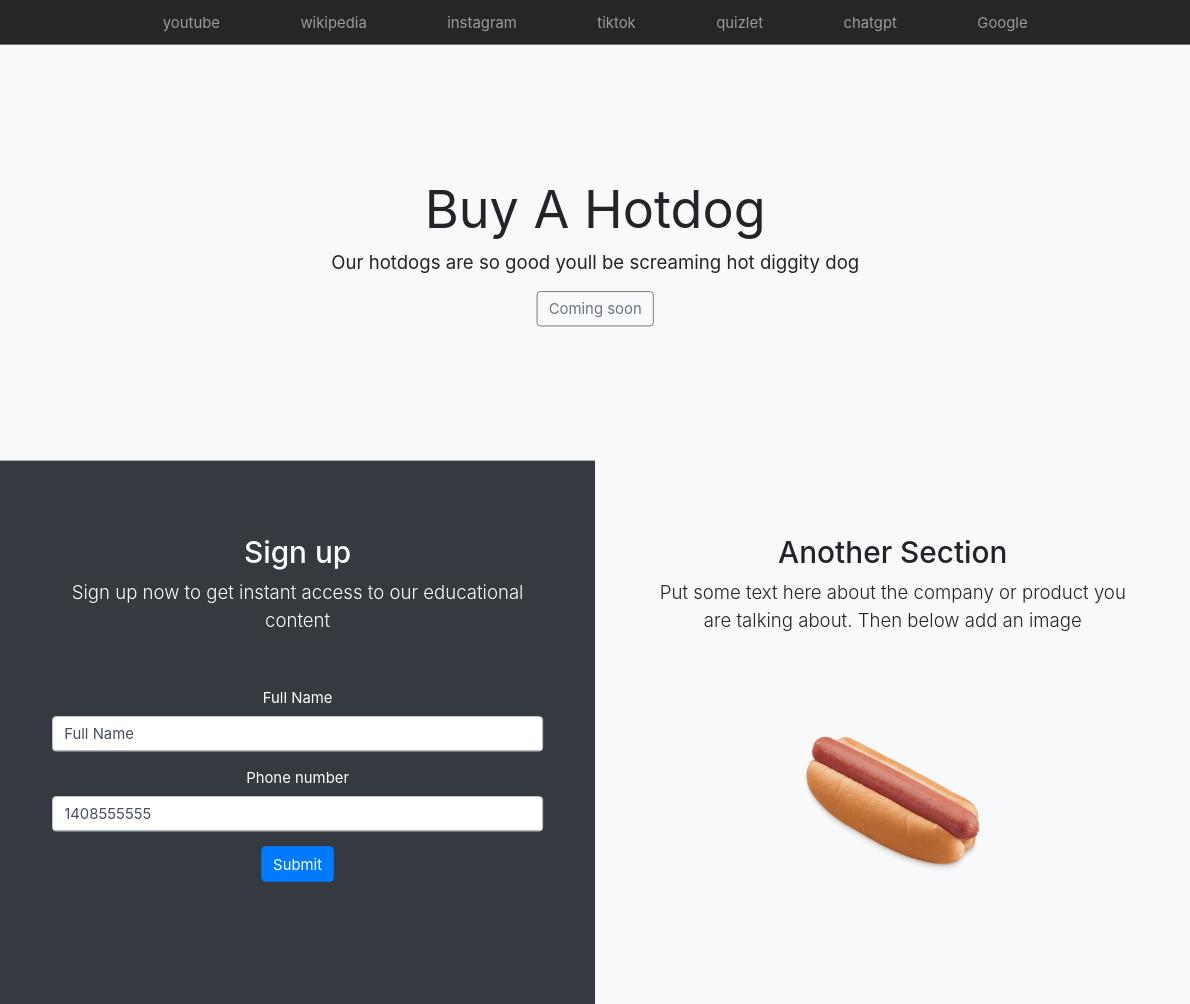
Repository: jkim1367/jacobkim-website
Page: LearnCS8-Twilio/index.html
The author's editor kept a record of every edit. The page is drawn from the files as they stood at one moment, then again after the next edit.
The browser window is 1280 px wide. The pictures show the whole page, at 93% of full size.

Above is the page before.

### LearnCS8-Twilio/index.html
<!doctype html>
<html lang="en">
  <head>
    <!-- Required meta tags -->
    <meta charset="utf-8">
    <meta name="viewport" content="width=device-width, initial-scale=1, shrink-to-fit=no">
    <meta name="description" content="The finest dogs">
    <meta name="author" content="862385428">

    <!-- Bootstrap CSS -->
    <link rel="stylesheet" href="https://stackpath.bootstrapcdn.com/bootstrap/4.5.2/css/bootstrap.min.css" integrity="sha384-JcKb8q3iqJ61gNV9KGb8thSsNjpSL0n8PARn9HuZOnIxN0hoP+VmmDGMN5t9UJ0Z" crossorigin="anonymous">

    <!-- Title of your Website -->
    <title>Jacob Dogs</title>
    <link href="product.css" rel="stylesheet">
  </head>
  <body>
<nav class="site-header sticky-top py-1">
    <!-- Top Menu Bar -->
    <div class="container d-flex flex-column flex-md-row justify-content-between">
        <a class="py-2 d-none d-md-inline-block" id="menu-item-1" href="https://www.youtube.com/" target="_blank">youtube</a>
        <a class="py-2 d-none d-md-inline-block" id="menu-item-2" href="https://www.wikipedia.org/" target="_blank">wikipedia</a>
        <a class="py-2 d-none d-md-inline-block" id="menu-item-3" href="https://www.instagram.com/" target="_blank">instagram</a>
        <a class="py-2 d-none d-md-inline-block" id="menu-item-4" href="https://www.tiktok.com/en/" target="_blank">tiktok</a>
        <a class="py-2 d-none d-md-inline-block" id="menu-item-5" href="https://quizlet.com/latest" target="_blank">quizlet</a>
        <a class="py-2 d-none d-md-inline-block" id="menu-item-6" href="https://openai.com/blog/chatgpt" "_blank">chatgpt</a>
        <a class="py-2 d-none d-md-inline-block" id="menu-item-7" href="https://google.com" target="_blank">Google</a>
    </div>
</nav>
<!-- Main Header Section h1-->
<div class="position-relative overflow-hidden p-3 p-md-5 m-md-0 text-center bg-light">
    <div class="col-md-8 p-lg-5 mx-auto my-5">
        <h1 class="display-4 font-weight-normal">Buy A Hotdog</h1>
        <p class="lead font-weight-normal">Our hotdogs are so good youll be screaming hot diggity dog</p>
        <a class="btn btn-outline-secondary" href="https://www.youtube.com/watch?v=J0TWTnYZBdM&t=3s">Coming soon</a>
    </div>
</div>
<!-- Left Tile -->
<div class="d-md-flex flex-md-equal w-100">
    <div class="bg-dark pt-3 px-3 pt-md-5 px-md-5 text-center text-white overflow-hidden">
        <div class="my-3 py-3">
            <h2 class="display-5">Sign up</h2>
            <p class="lead">Sign up now to get instant access to our educational content</p>
        </div>
        <!-- Web form when submitted will send a text message -->
        <form class="p-2" onsubmit="sendTextMessage(); return false;">
            <!-- Full Name Form Field -->
            <div class="form-group">
                <label for="example-first-name">Full Name</label>
                <input type="text" value="Full Name" class="form-control" id="example-first-name" aria-describedby="emailHelp">
            </div>
            <!-- Phone Number Form Field -->
            <div class="form-group">
                <label for="example-tel-input">Phone number</label>
                <input type="tel" class="form-control" value="1408555555" id="example-tel-input">
            </div>
            <!-- JavaScript that handles onSubmit logic -->
            <!-- Configure the XHR request below with your own credentials -->
            <script>
            function sendTextMessage() {
                console.log("Hello world!");
                var xhr = new XMLHttpRequest();
                var accountSID = "AC016f8cf40dc5fe60b744852848ab1283";
                var authToken = "b3a0b7572a8a7d6d9b50263e5760ac9c";
                var base64encoded = accountSID + ":" + authToken;
                var params = "To=" + document.getElementById('example-tel-input').value + "&From=" + "+18558173806" + "&Body=" + "Hello " + document.getElementById('example-first-name').value + " nice glizzy."
                xhr.open("POST", "https://api.twilio.com/2010-04-01/Accounts/" + accountSID + "/Messages.json", true);
                xhr.setRequestHeader('Content-Type', 'application/x-www-form-urlencoded');
                xhr.setRequestHeader('Authorization', 'Basic ' + btoa(base64encoded));
                xhr.send(params);
            }
            </script>
            <!-- Submit button that will execute the sendTextMessage function -->
            <button type="submit" class="btn btn-primary">Submit</button>
        </form>
    </div>
    <!-- Right Tile -->
    <div class="bg-light pt-3 px-3 pt-md-5 px-md-5 text-center overflow-hidden">
        <div class="my-3 p-3">
            <h2 class="display-5">Another Section</h2>
            <p class="lead">Put some text here about the company or product you are talking about. Then below add an image</p>
            <img class="mx-auto" src="classic-hot-dog.png" height="250px">
        </div>
        <div class="mx-auto" style="width: 80%; height: 100px; border-radius: 21px 21px 0 0;"></div>
    </div>
</div>
  </body>
</html>

### LearnCS8-Twilio/product.css
.container {
  max-width: 960px;
}

/*
 * Custom translucent site header
 */

.site-header {
  background-color: rgba(0, 0, 0, .85);
  -webkit-backdrop-filter: saturate(180%) blur(20px);
  backdrop-filter: saturate(180%) blur(20px);
}
.site-header a {
  color: #999;
  transition: ease-in-out color .15s;
}
.site-header a:hover {
  color: #fff;
  text-decoration: none;
}

/*
 * Dummy devices (replace them with your own or something else entirely!)
 */

.product-device {
  position: absolute;
  right: 10%;
  bottom: -30%;
  width: 300px;
  height: 540px;
  background-color: #333;
  border-radius: 21px;
  -webkit-transform: rotate(30deg);
  transform: rotate(30deg);
}

.product-device::before {
  position: absolute;
  top: 10%;
  right: 10px;
  bottom: 10%;
  left: 10px;
  content: "";
  background-color: rgba(255, 255, 255, .1);
  border-radius: 5px;
}

.product-device-2 {
  top: -25%;
  right: auto;
  bottom: 0;
  left: 5%;
  background-color: #e5e5e5;
}


/*
 * Extra utilities
 */

.flex-equal > * {
  -ms-flex: 1;
  flex: 1;
}
@media (min-width: 768px) {
  .flex-md-equal > * {
    -ms-flex: 1;
    flex: 1;
  }
}

.overflow-hidden { overflow: hidden; }

After the next edit:
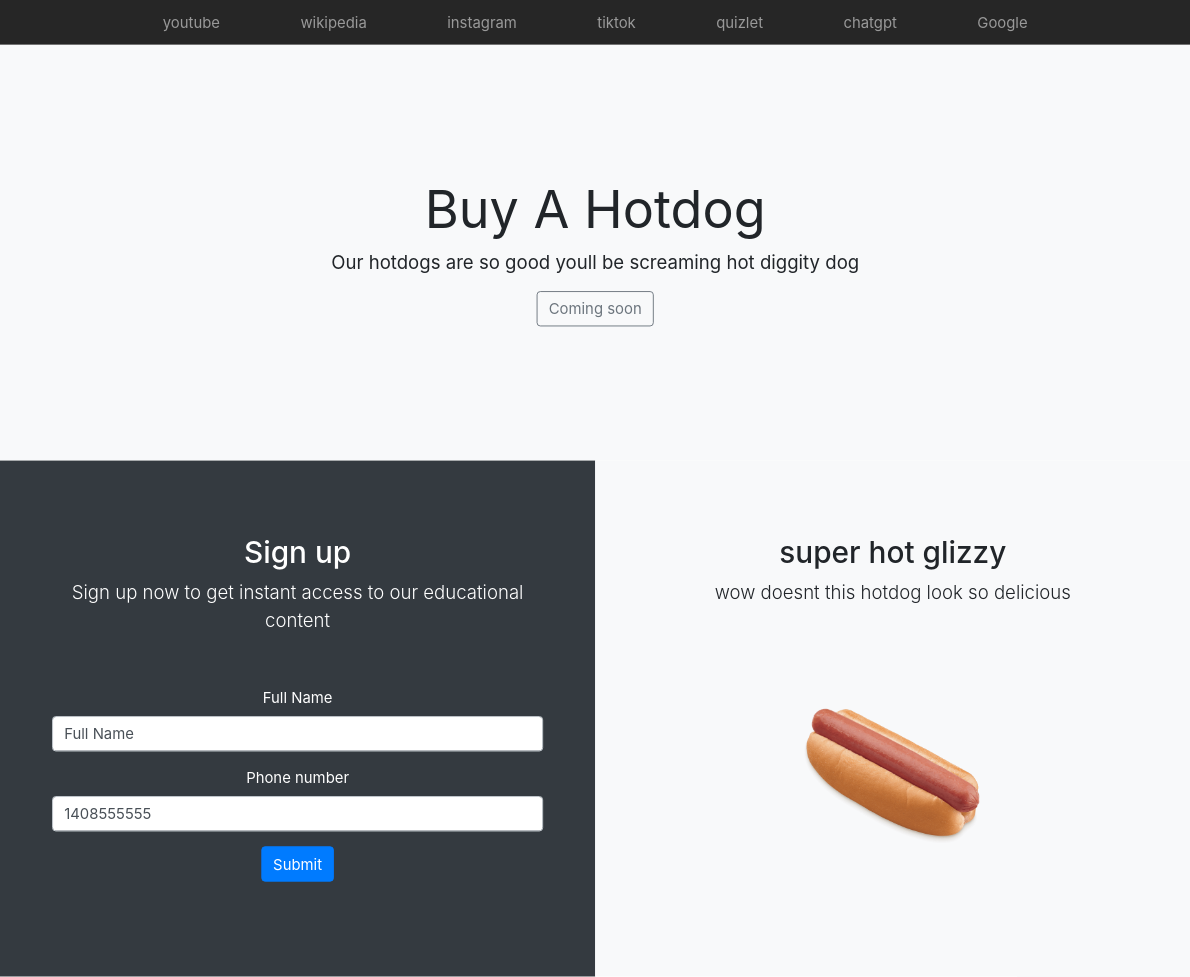
The edit:
--- a/LearnCS8-Twilio/index.html
+++ b/LearnCS8-Twilio/index.html
@@ -77,8 +77,8 @@
     <!-- Right Tile -->
     <div class="bg-light pt-3 px-3 pt-md-5 px-md-5 text-center overflow-hidden">
         <div class="my-3 p-3">
-            <h2 class="display-5">Another Section</h2>
-            <p class="lead">Put some text here about the company or product you are talking about. Then below add an image</p>
+            <h2 class="display-5">super hot glizzy</h2>
+            <p class="lead">wow doesnt this hotdog look so delicious</p>
             <img class="mx-auto" src="classic-hot-dog.png" height="250px">
         </div>
         <div class="mx-auto" style="width: 80%; height: 100px; border-radius: 21px 21px 0 0;"></div>
